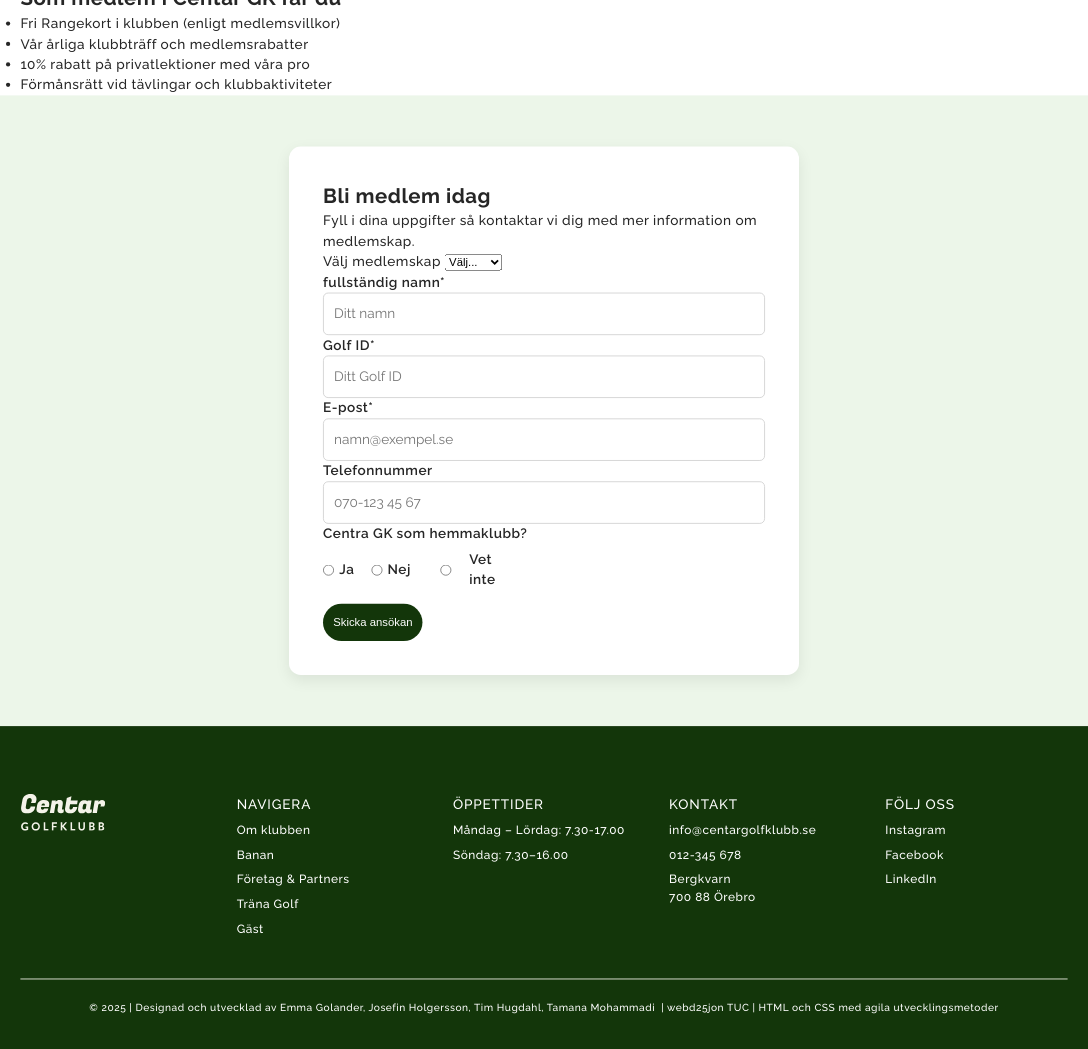
Repository: Tamana831/GolfklubbCentar
Page: Medlem.html
These files come from the project's save history. The page is drawn as it stood at one moment and after the next save; the edit follows.
The browser window is 1280 px wide. The pictures show the part of the page from y = 1312 to 2626 px (the page is 2546 px tall before and 2626 px after), at 85% of full size.
A picture or video elsewhere on the page could not be fetched, so the positions and the page height are approximate.

Above is the page before, as saved 2025-10-23 23:22:51.

After the next save:
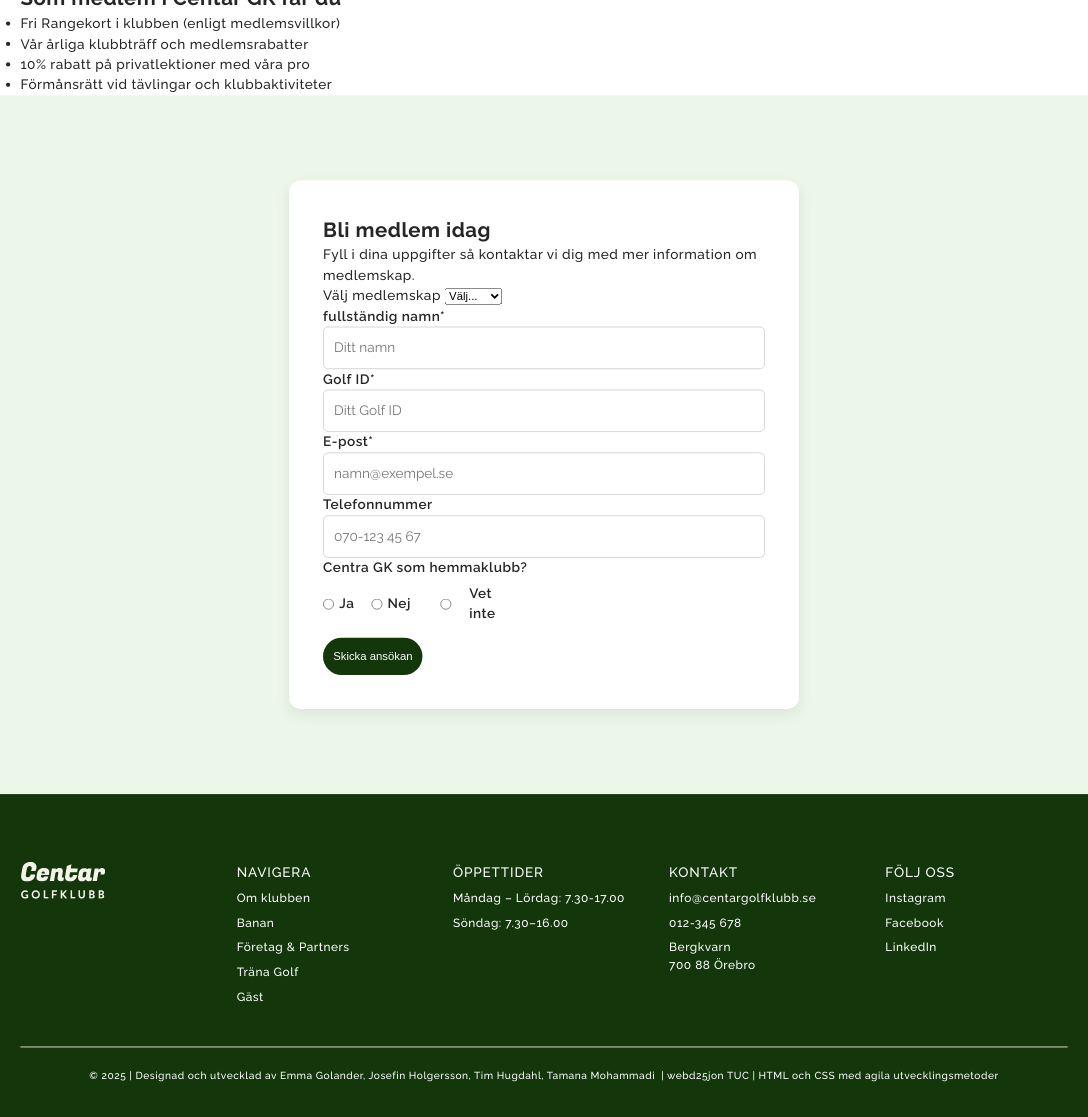
Saved 18 s later.
--- a/styles/Medlem.css
+++ b/styles/Medlem.css
@@ -82,7 +82,7 @@
 }
 .membership-apply {
   background:  #ECF6E9;
-  padding: 60px 0;
+  padding: 100px 0;
 }
 
 .apply-box {
